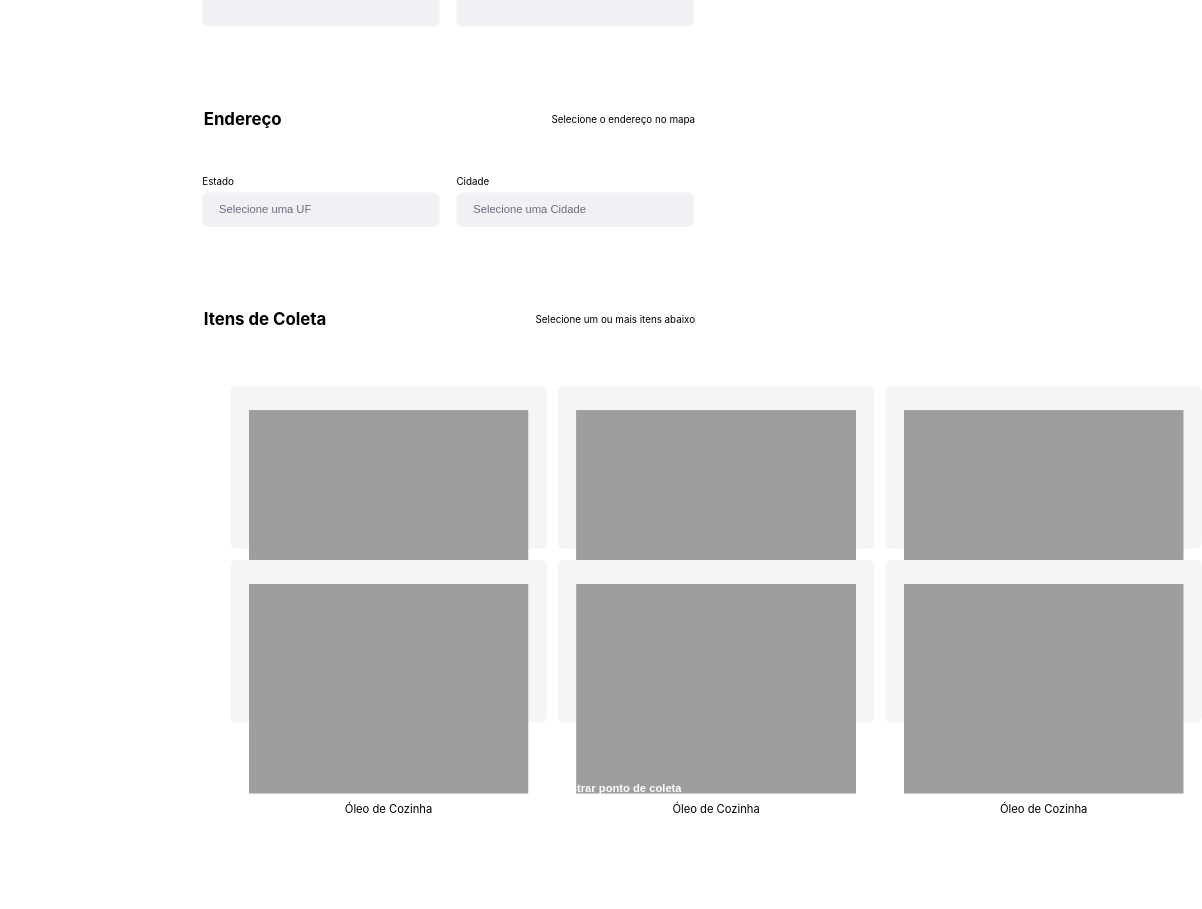
Repository: johnnedemoraesrocha/nlw-o1
Page: /create-point (app in web/)
The author's editor kept a copy of each file at every save. The page is drawn from the files as they stood at one save, then again after a run of saves.
The browser window is 1280 px wide. The page is 1717 px wide, so the pictures cover 1717 px, including what lies to the right of the window. The pictures show the part of the page from y = 687 to 2127 px (the page is 1985 px tall before and 2359 px after), at 70% of full size.
Some web libraries are served in a nearby version. The project was rebuilt for these pictures with package versions that can differ from the ones it lists, and the page was loaded fresh each time. Also part of the build but not shown: web/src/App.css, web/src/pages/Home/Home.css, web/src/pages/Home/index.tsx.

Above is the page before, as saved 2020-06-03 23:02:49.

### web/public/index.html
<!DOCTYPE html>
<html lang="en">
  <head>
    <meta charset="utf-8" />
    <link rel="icon" href="%PUBLIC_URL%/favicon.ico" />
    <meta name="viewport" content="width=device-width, initial-scale=1" />
    <meta name="theme-color" content="#34CB79" />
    <meta
      name="description"
      content="Web site created using create-react-app"
    />
    <link rel="apple-touch-icon" href="%PUBLIC_URL%/logo192.png" />
    <link rel="stylesheet" href="https://unpkg.com/leaflet@1.6.0/dist/leaflet.css"
    integrity="sha512-xwE/Az9zrjBIphAcBb3F6JVqxf46+CDLwfLMHloNu6KEQCAWi6HcDUbeOfBIptF7tcCzusKFjFw2yuvEpDL9wQ=="
    crossorigin=""/>
    <!--
      manifest.json provides metadata used when your web app is installed on a
      user's mobile device or desktop. See https://developers.google.com/web/fundamentals/web-app-manifest/
    -->
    <!--<link rel="manifest" href="%PUBLIC_URL%/manifest.json" />-->
    <!--
      Notice the use of %PUBLIC_URL% in the tags above.
      It will be replaced with the URL of the `public` folder during the build.
      Only files inside the `public` folder can be referenced from the HTML.

      Unlike "/favicon.ico" or "favicon.ico", "%PUBLIC_URL%/favicon.ico" will
      work correctly both with client-side routing and a non-root public URL.
      Learn how to configure a non-root public URL by running `npm run build`.
    -->
    <title>Ecoleta</title>
  </head>
  <body>
    <noscript>You need to enable JavaScript to run this app.</noscript>
    <div id="root"></div>

  </body>
</html>

### web/src/App.tsx
import React, { useState } from 'react';
//import ReactDOM from 'react-dom';
import logo from './logo.svg';
import './App.css';

//import Header from './Header';
import Routes from './routes';

function App() {

  return (
    <div>
      <Routes  />
    </div>
  );
}

export default App;

### web/src/routes.tsx
import React from 'react';
import { Route, BrowserRouter } from 'react-router-dom';

import Home from './pages/Home';
import CreatePoint from './pages/CreatePoint';

const Routes = () => {
    return (
        <BrowserRouter>
            <Route component={Home} path="/" exact/>
            <Route component={CreatePoint} path="/create-point"/>
        </BrowserRouter>
    )
}
export default Routes;

### web/src/pages/CreatePoint/index.tsx
import React from 'react';
import { Link } from 'react-router-dom';
import { FiArrowLeft } from 'react-icons/fi';
import { Map, TileLayer, Marker } from 'react-leaflet';

import './CreatePoint.css';

import logo from '../../assets/logo.svg';

const CreatePoint = () => {
    return (
        <div id="page-create-point">
            <header>
                <img src={logo} alt="Ecoleta"></img>
                <Link to="/">
                    <FiArrowLeft />
                    Voltar
                </Link>
            </header>

            <form>
                <h1>Cadastro do <br/> ponto de coleta</h1>

                <fieldset>
                    <legend>
                        <h2>Dados</h2>
                    </legend>

                    <div className="field">
                        <label htmlFor="name">Nome da Entidade</label>
                        <input type="text" name="name" id="name" />
                    </div>

                    <div className="field-group">

                        <div className="field">
                            <label htmlFor="email">Email</label>
                            <input type="email" name="email" id="email" />
                        </div>

                        <div className="field">
                            <label htmlFor="whatsapp">WhatsApp</label>
                            <input type="text" name="whatsapp" id="whatsapp" />
                        </div>

                    </div>
                </fieldset>

                <fieldset>
                    <legend>
                        <h2>Endereço</h2>
                        <span>Selecione o endereço  no mapa</span>
                    </legend>


                    <div className="field-group">

                        <div className="field">
                            <label htmlFor="uf">Estado</label>
                            <select  name="uf" id="uf" >
                                <option value="0">Selecione uma UF</option>
                            </select>
                        </div>

                        <div className="field">
                            <label htmlFor="uf">Cidade</label>
                            <select  name="city" id="city">
                                <option value="0">Selecione uma Cidade</option>
                            </select>
                        </div>

                    </div>

                </fieldset>

                <fieldset>
                    <legend>
                        <h2>Itens de Coleta</h2>
                        <span>Selecione um ou mais itens abaixo</span>
                    </legend>
                    <ul className="items-grid">
                        <li>
                            <img src="http://localhost:3333/uploads/oleo.svg" />
                            <span>Óleo de Cozinha</span>
                        </li>
                        <li>
                            <img src="http://localhost:3333/uploads/oleo.svg" />
                            <span>Óleo de Cozinha</span>
                        </li>
                        <li>
                            <img src="http://localhost:3333/uploads/oleo.svg" />
                            <span>Óleo de Cozinha</span>
                        </li>
                        <li>
                            <img src="http://localhost:3333/uploads/oleo.svg" />
                            <span>Óleo de Cozinha</span>
                        </li>
                        <li>
                            <img src="http://localhost:3333/uploads/oleo.svg" />
                            <span>Óleo de Cozinha</span>
                        </li>
                        <li>
                            <img src="http://localhost:3333/uploads/oleo.svg" />
                            <span>Óleo de Cozinha</span>
                        </li>
                    </ul>
                </fieldset>

                <button type="submit">
                    Cadastrar ponto de coleta
                </button>
            </form>

        </div>
    )
}

export default CreatePoint;

### web/src/pages/CreatePoint/CreatePoint.css
#page-create-point {
  width: 100%;
  max-width: 1100px;

  margin: 0 auto;
}

#page-create-point header {
  margin-top: 48px;

  display: flex;
  justify-content: space-between;
  align-items: center;
}

#page-create-point header a {
  color: var(--title-color);
  font-weight: bold;
  text-decoration: none;

  display: flex;
  align-items: center;
}

#page-create-point header a svg {
  margin-right: 16px;
  color: var(--primary-color);
}

#page-create-point form {
  margin: 80px auto;
  padding: 64px;
  max-width: 730px;
  background: #FFF;
  border-radius: 8px;

  display: flex;
  flex-direction: column;
}

#page-create-point form h1 {
  font-size: 36px;
}

#page-create-point form fieldset {
  margin-top: 64px;
  min-inline-size: auto;
  border: 0;
}

#page-create-point form legend {
  width: 100%;
  display: flex;
  justify-content: space-between;
  align-items: center;
  margin-bottom: 40px;
}

#page-create-point form legend h2 {
  font-size: 24px;
}

#page-create-point form legend span {
  font-size: 14px;
  font-weight: normal;
  color: var(--text-color);
}

#page-create-point form .field-group {
  flex: 1;
  display: flex;
}

#page-create-point form .field {
  flex: 1;

  display: flex;
  flex-direction: column;
  margin-bottom: 24px;
}

#page-create-point form .field input[type=text],
#page-create-point form .field input[type=email],
#page-create-point form .field input[type=number] {
  flex: 1;
  background: #F0F0F5;
  border-radius: 8px;
  border: 0;
  padding: 16px 24px;
  font-size: 16px;
  color: #6C6C80;
}

#page-create-point form .field select {
  -webkit-appearance: none;
  -moz-appearance: none;
  appearance: none;
  flex: 1;
  background: #F0F0F5;
  border-radius: 8px;
  border: 0;
  padding: 16px 24px;
  font-size: 16px;
  color: #6C6C80;
}

#page-create-point form .field input::placeholder {
  color: #A0A0B2;
}

#page-create-point form .field label {
  font-size: 14px;
  margin-bottom: 8px;
}

#page-create-point form .field :disabled {
  cursor: not-allowed;
}

#page-create-point form .field-group .field + .field {
  margin-left: 24px;
}

#page-create-point form .field-group input + input {
  margin-left: 24px;
}

#page-create-point form .field-check {
  flex-direction: row;
  align-items: center;
}

#page-create-point form .field-check input[type=checkbox] {
  background: #F0F0F5;
}

#page-create-point form .field-check label {
  margin: 0 0 0 8px;
}

#page-create-point form .leaflet-container {
  width: 100%;
  height: 350px;
  border-radius: 8px;
  margin-bottom: 24px;
}

#page-create-point form button {
  width: 260px;
  height: 56px;
  background: var(--primary-color);
  border-radius: 8px;
  color: #FFF;
  font-weight: bold;
  font-size: 16px;
  border: 0;
  align-self: flex-end;
  margin-top: 40px;
  transition: background-color 0.2s;
  cursor: pointer;
}

#page-create-point form button:hover {
  background: #2FB86E;
}

.items-grid {
  display: grid;
  grid-template-columns: repeat(3, 1fr);
  gap: 16px;
  list-style: none;
}

.items-grid li {
  background: #f5f5f5;
  border: 2px solid #f5f5f5;
  height: 180px;
  border-radius: 8px;
  padding: 32px 24px 16px;

  display: flex;
  flex-direction: column;
  justify-content: space-between;
  align-items: center;

  text-align: center;

  cursor: pointer;
}

.items-grid li span {
  flex: 1;
  margin-top: 12px;

  display: flex;
  align-items: center;
  color: var(--title-color)
}

.items-grid li.selected {
  background: #E1FAEC;
  border: 2px solid #34CB79;
}

Loaded but not shown: web/src/index.tsx (common file); web/src/index.css (common file)

After the next 2 saves:
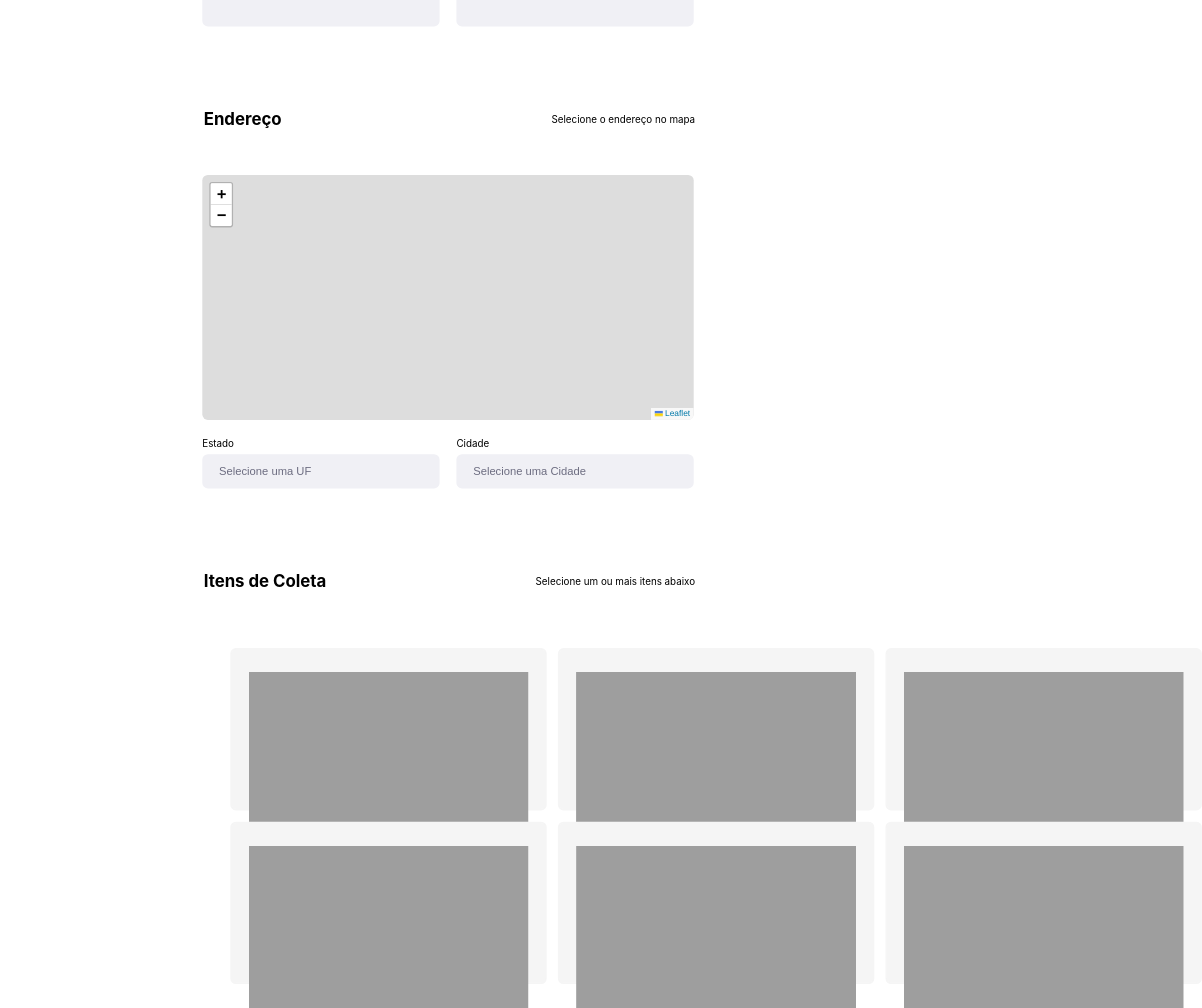
The 2 saves are shown as one change because 1 did not build or start.
The last was saved 50 s later.
--- a/web/src/pages/CreatePoint/index.tsx
+++ b/web/src/pages/CreatePoint/index.tsx
@@ -52,6 +52,9 @@ const CreatePoint = () => {
                         <span>Selecione o endereço  no mapa</span>
                     </legend>
 
+                    <Map center={[]}>
+                        <TileLayer />
+                    </Map>
 
                     <div className="field-group">
 
